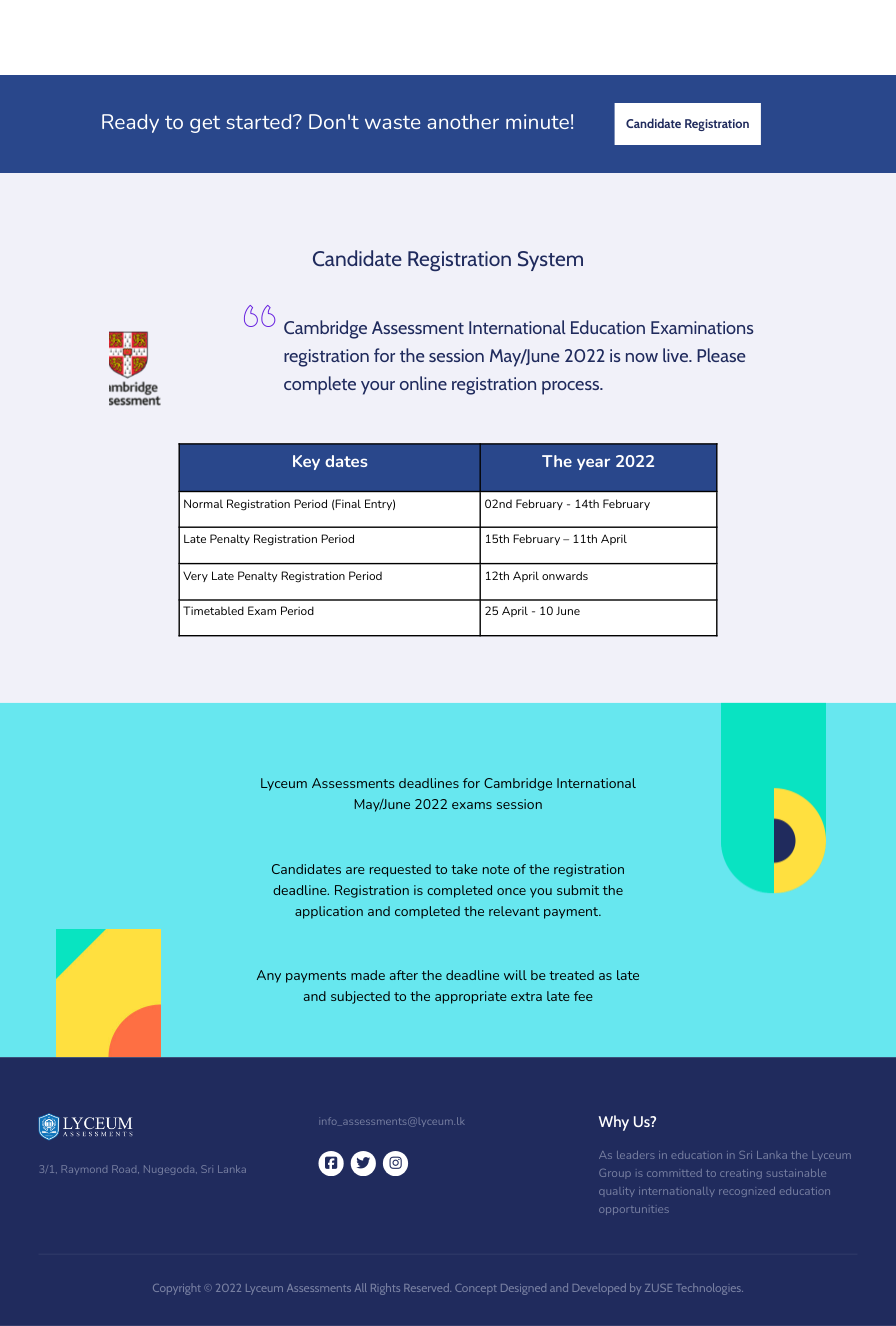
Repository: AXUSLK/LyceumAssessments-HTML
Page: index.html
These files come from the project's save history. The page is drawn as it stood at one moment and after the next save; the edit follows.
The browser window is 1280 px wide. The pictures show the part of the page from y = 2693 to 4613 px (the page is 4587 px tall before and 4613 px after), at 70% of full size.
Backgrounds fixed to the window are drawn as part of the page. Some web libraries are served in a nearby version.

Above is the page before, as saved 2022-01-31 14:02:41.

After the next save:
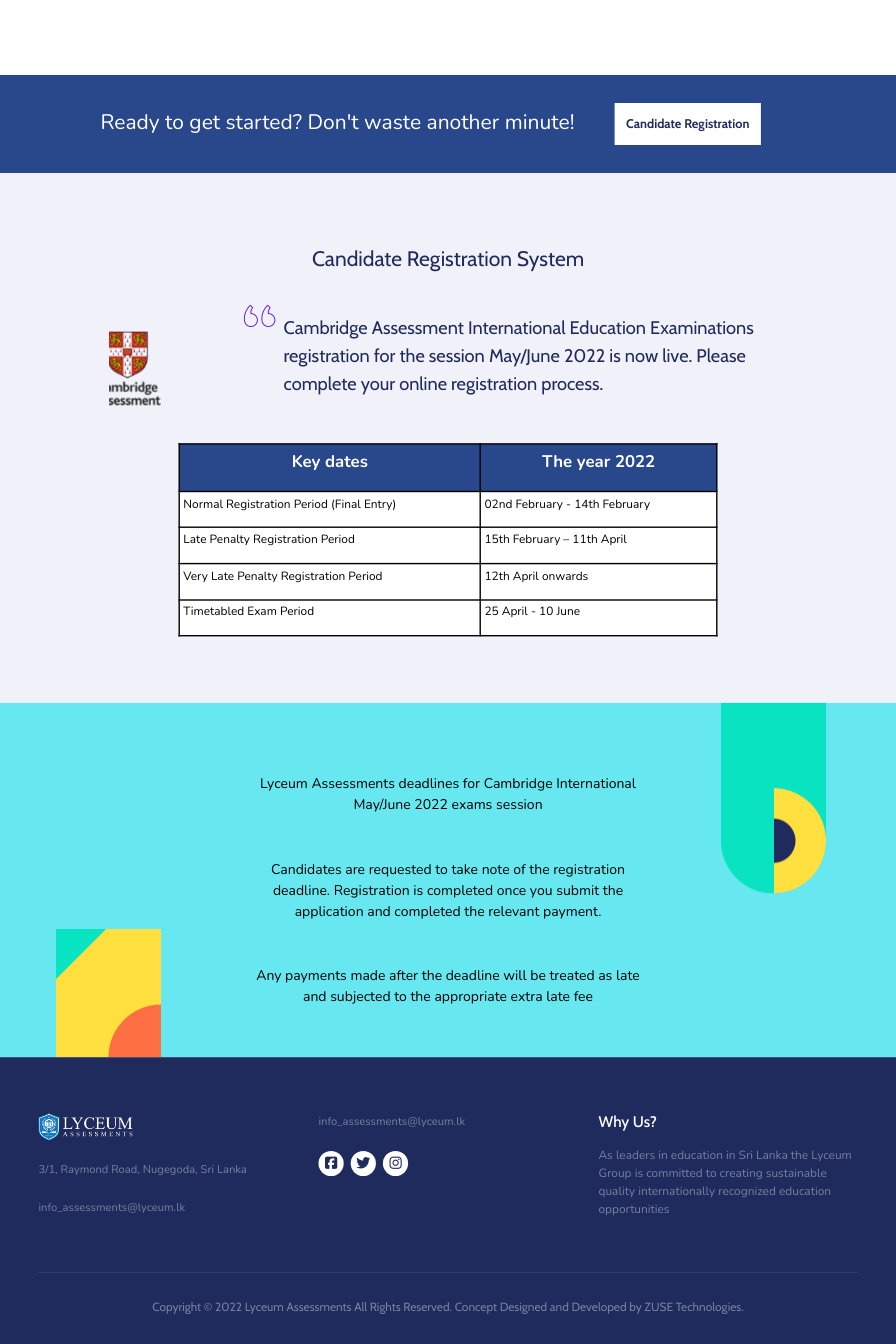
Saved 6 min 16 s later.
--- a/index.html
+++ b/index.html
@@ -497,7 +497,8 @@
 							<!-- ftAddress -->
 							<address class="ftAddress text-center text-md-left mb-6 mt-6 mt-md-0">3/1, Raymond Road,
 								Nugegoda, Sri Lanka</address>
-
+							<address class="ftAddress text-center text-md-left mb-6 mt-6 mt-md-0">
+								info_assessments@lyceum.lk</address>
 						</div>
 
 						<div class="col-md-4">
